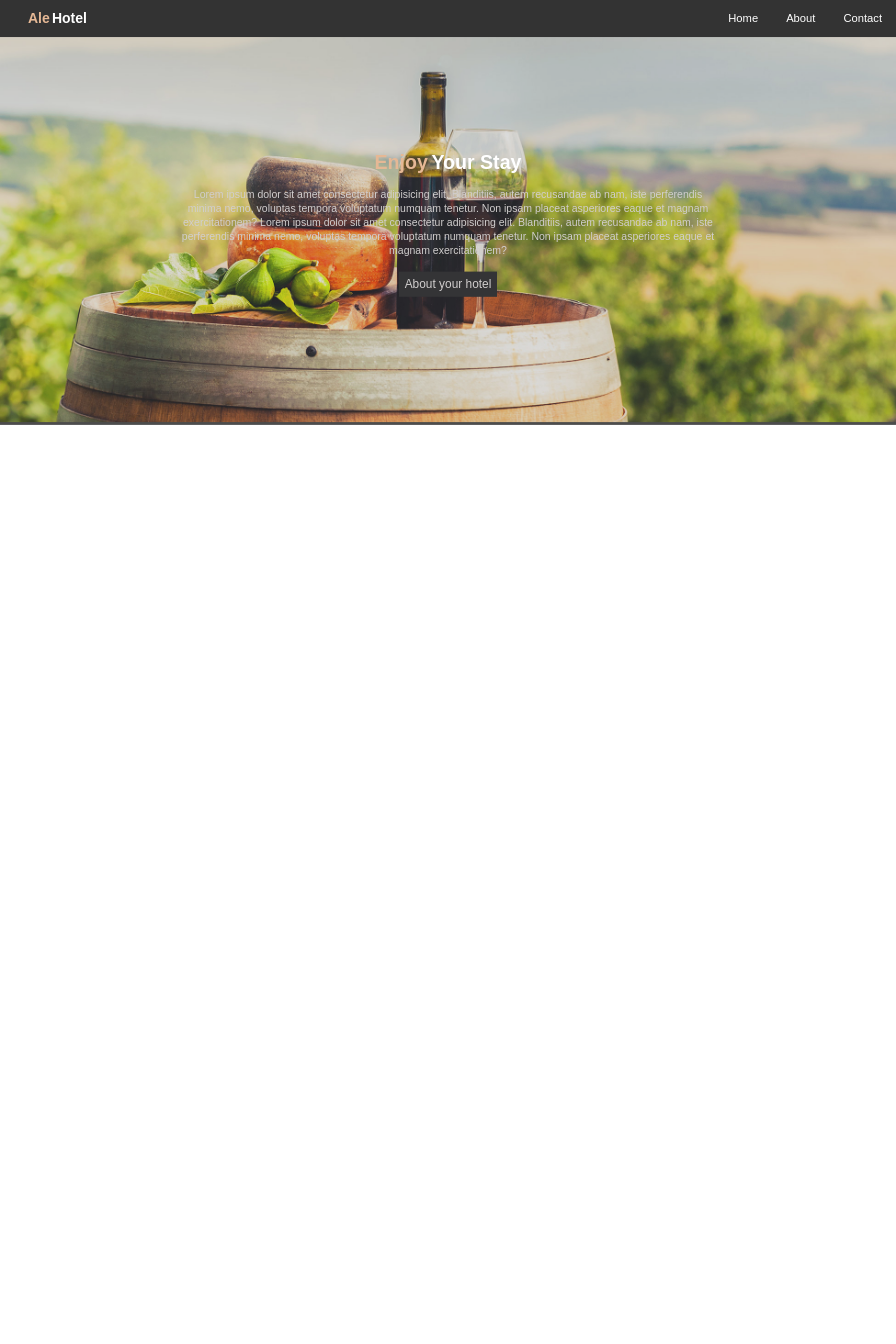
Repository: Ngoc28/HTML-CSS
Page: aleHoltel/index.html
These files come from the project's save history. The page is drawn as it stood at one moment and after the next save; the edit follows.
The browser window is 1280 px wide. The pictures show the part of the page from y = 0 to 1920 px (the page is 5000 px tall before and 5055 px after), at 70% of full size.

Above is the page before, as saved 2023-08-06 00:17:14.

After the next save:
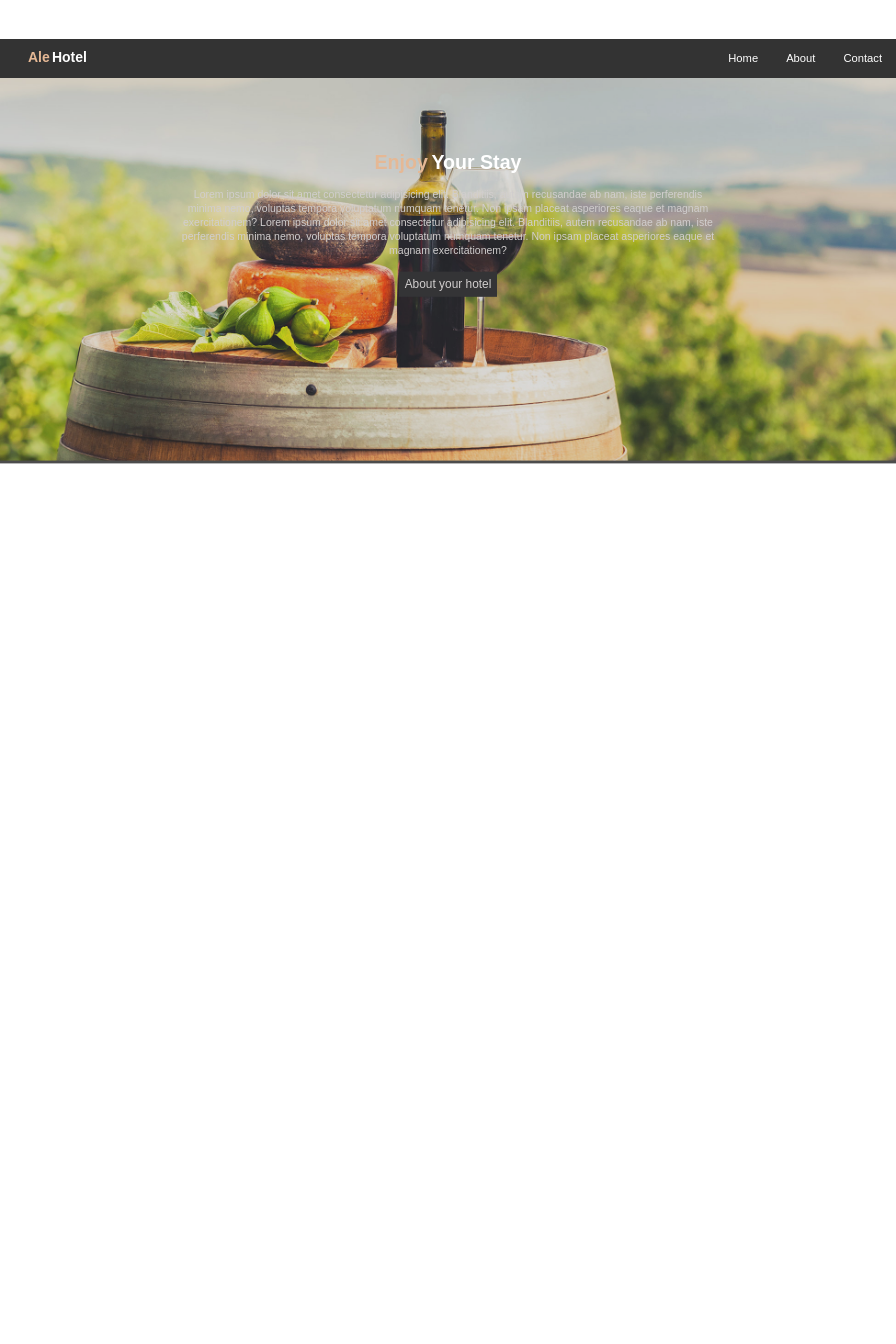
Saved 29 s later.
--- a/aleHoltel/style.css
+++ b/aleHoltel/style.css
@@ -16,7 +16,7 @@ header {
     justify-content: space-between;
     align-items: center;
     background-color: #333333;
-    height: ;: 55px;
+    height: 55px;
 }
 
 .header-logo {
@@ -59,6 +59,7 @@ header {
 
 /* Container */
 .container {
+    margin-top: 55px;
     min-height: 5000px;
 }
 
